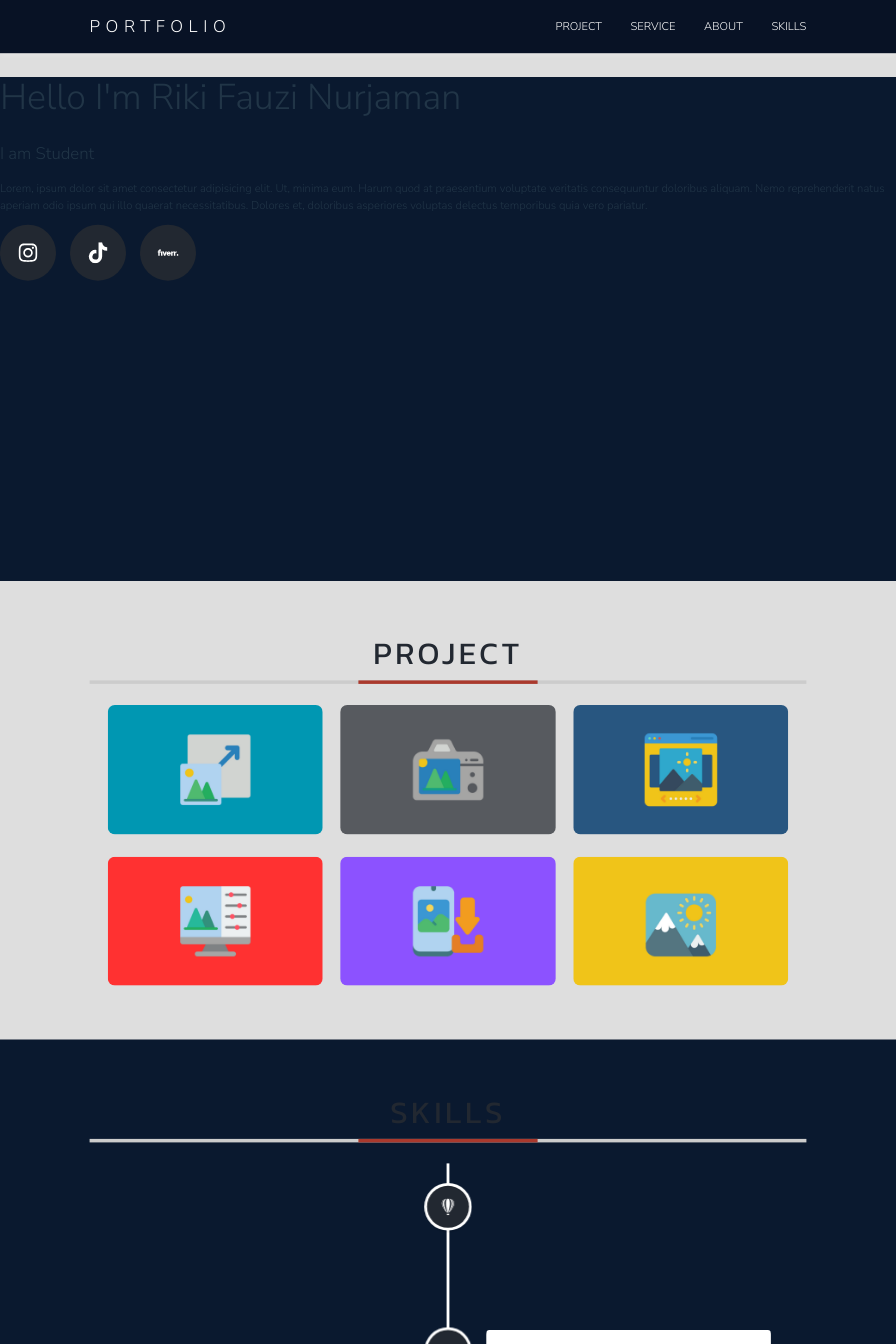
Repository: sellayspy/Portofolio
Page: /
An editor plug-in stored every save of this project. The page is shown before and after the next save, followed by the edit.
The browser window is 1280 px wide. The pictures show the part of the page from y = 0 to 1920 px (the page is 3882 px tall before and 3848 px after), at 70% of full size.
The project was rebuilt for these pictures with package versions that can differ from the ones it lists, and the page was loaded fresh each time. Also part of the build but not shown: vite.config.js, src/styles/DetailPortfolio.css, src/components/ScrollToTop.jsx, src/pages/DetailPortfolio.jsx, src/pages/PagesNotFound.jsx.

Above is the page before, as saved 2024-09-15 15:41:14.

### index.html
<!DOCTYPE html>
<html lang="en">
  <head>
    <meta charset="UTF-8" />
    <link rel="icon" type="image/svg+xml" href="/vite.svg" />
    <meta name="viewport" content="width=device-width, initial-scale=1.0" />
    <title>Portofolio RikiFN</title>
  </head>
  <body>
    <div id="root"></div>
    <script type="module" src="/src/main.jsx"></script>
  </body>
</html>

### src/App.jsx
import "./App.css";
import Home from "./pages/Home";
import DetailPortfolio from "./pages/DetailPortfolio";

import { BrowserRouter, Routes, Route } from "react-router-dom";
import PagesNotFound from "./pages/PagesNotFound";

const App = () => {
  return (
    <BrowserRouter>
      <Routes>
        <Route path="/" element={<Home />} />
        <Route path="/portfolio/:id" element={<DetailPortfolio />} />
        <Route path="/pages-not-found" element={<PagesNotFound />} />
        <Route path="*" element={<PagesNotFound />} />
      </Routes>
    </BrowserRouter>
  );
};

export default App;

### src/App.css
/* Global */
@import url("https://fonts.googleapis.com/css2?family=Nunito+Sans:opsz,wght@6..12,300&display=swap");
@import url("https://fonts.googleapis.com/css2?family=Kanit&display=swap");

html,
body {
  margin: 0px;
  padding: 0px;
  font-size: 16px;
  font-family: "Nunito Sans", sans-serif;
  scroll-behavior: smooth;
  background-color: #dedede;
}
.wrapper {
  width: 1024px;
  margin: auto;
  padding: 20px 0px 20px 0px;
}

section {
  padding: 50px 0px 50px 0px;
}

.wrapper > h3,
.wrapper > h1 {
  text-align: center;
  font-size: 2.8rem;
  margin: 0px 0px 30px 0px;
  padding: 0px;
  font-family: "Kanit", sans-serif;
  color: #222831;
  letter-spacing: 5px;
  text-transform: uppercase;
  border-bottom: 5px solid #cccccc;
}
.wrapper > h3::after,
.wrapper > h1::after {
  content: "";
  display: block;
  border-bottom: 5px solid #aa392d;
  width: 25%;
  position: relative;
  bottom: -5px; /* your padding + border-width */
  margin: auto;
}

@media only screen and (max-width: 1000px) {
  .wrapper {
    width: 80%;
  }
}

### src/pages/Home.jsx
import About from "../components/About";
import Experience from "../components/Experience";
import Footer from "../components/Footer";
import Header from "../components/Header";
import Navbar from "../components/Navbar";
import Portfolio from "../components/Portfolio";

function Home() {
  return (
    <>
      <Navbar />
      <Header />
      <Portfolio />
      <Experience />
      <About />
      <Footer />
    </>
  );
}

export default Home;

### src/components/About.jsx
import { FaHtml5 } from "react-icons/fa";
import { IoLogoJavascript } from "react-icons/io";
import { FaCss3 } from "react-icons/fa";
import { FaLaravel } from "react-icons/fa";
import { FaReact } from "react-icons/fa";
import { RiTailwindCssFill } from "react-icons/ri";
import { SiCoreldraw } from "react-icons/si";
import { SiAdobephotoshop } from "react-icons/si";
import "../styles/About.css";

const About = () => {
  return (
    <section id="about">
      <div className="wrapper">
        <h3>About</h3>
        <p>
          Lorem ipsum dolor sit amet consectetur adipisicing elit. Totam magni,
          dolorum, explicabo obcaecati ut impedit officiis quae non natus
          praesentium ex, excepturi asperiores laboriosam distinctio vitae
          cupiditate nulla debitis consectetur?
        </p>
        <p>
          Lorem ipsum dolor sit amet consectetur, adipisicing elit. Corporis,
          similique.
        </p>
        <p>Lorem ipsum dolor sit amet.</p>
        <h4>Programing Language & Tools</h4>
        <div className="skills">
          <FaHtml5 />
          <FaCss3 />
          <IoLogoJavascript />
          <RiTailwindCssFill />
          <FaLaravel />
          <FaReact />
          <SiCoreldraw />
          <SiAdobephotoshop />
        </div>
      </div>
    </section>
  );
};

export default About;

### src/components/Experience.jsx
import {
  VerticalTimeline,
  VerticalTimelineElement,
} from "react-vertical-timeline-component";
import "react-vertical-timeline-component/style.min.css";
import { SiNestjs } from "react-icons/si";
import { FaLaravel } from "react-icons/fa";
import { RiReactjsLine } from "react-icons/ri";
import { RiNextjsFill } from "react-icons/ri";
import { FaJava } from "react-icons/fa";
import { SiCoreldraw } from "react-icons/si";
import { DiPhotoshop } from "react-icons/di";
import "../styles/Experience.css";
const Experience = () => {
  return (
    <section id="experience">
      <div className="wrapper">
        <h3>Skills</h3>

        <VerticalTimeline>
          <VerticalTimelineElement
            className="vertical-timeline-element--work"
            iconStyle={{ background: "#222831", color: "#fff" }}
            icon={<SiCoreldraw />}
          >
            <h3 className="vertical-timeline-element-title">Design Grafis</h3>
            <h4 className="vertical-timeline-element-subtitle">
              2018 - Present
            </h4>
            <p>User Experience, Visual Design</p>
          </VerticalTimelineElement>
          <VerticalTimelineElement
            className="vertical-timeline-element--work"
            iconStyle={{ background: "#222831", color: "#fff" }}
            icon={<DiPhotoshop />}
          >
            <h3 className="vertical-timeline-element-title">Design Grafis</h3>
            <h4 className="vertical-timeline-element-subtitle">
              2018 - Present
            </h4>
            <p>User Experience, Visual Design</p>
          </VerticalTimelineElement>
          <VerticalTimelineElement
            className="vertical-timeline-element--work"
            iconStyle={{ background: "#222831", color: "#fff" }}
            icon={<RiReactjsLine />}
          >
            <h3 className="vertical-timeline-element-title">Web Development</h3>
            <h4 className="vertical-timeline-element-subtitle">
              2018 - Present
            </h4>
            <p>User Experience, Visual Design</p>
          </VerticalTimelineElement>
          <VerticalTimelineElement
            className="vertical-timeline-element--work"
            date="2024 - present"
            iconStyle={{ background: "#222831", color: "#fff" }}
            icon={<RiNextjsFill />}
          >
            <h3 className="vertical-timeline-element-title">Web Designer</h3>
            <h4 className="vertical-timeline-element-subtitle">
              Los Angeles, CA
            </h4>
            <p>User Experience, Visual Design</p>
          </VerticalTimelineElement>
          <VerticalTimelineElement
            className="vertical-timeline-element--work"
            date="2024 - present"
            iconStyle={{ background: "#222831", color: "#fff" }}
            icon={<FaJava />}
          >
            <h3 className="vertical-timeline-element-title">Web Designer</h3>
            <h4 className="vertical-timeline-element-subtitle">
              Los Angeles, CA
            </h4>
            <p>User Experience, Visual Design</p>
          </VerticalTimelineElement>
          <VerticalTimelineElement
            className="vertical-timeline-element--work"
            date="2024 - present"
            iconStyle={{ background: "#222831", color: "#fff" }}
            icon={<SiCoreldraw />}
          >
            <h3 className="vertical-timeline-element-title">Web Designer</h3>
            <h4 className="vertical-timeline-element-subtitle">
              Los Angeles, CA
            </h4>
            <p>User Experience, Visual Design</p>
          </VerticalTimelineElement>
          <VerticalTimelineElement
            className="vertical-timeline-element--work"
            date="2024 - present"
            iconStyle={{ background: "#222831", color: "#fff" }}
            icon={<DiPhotoshop />}
          >
            <h3 className="vertical-timeline-element-title">Web Designer</h3>
            <h4 className="vertical-timeline-element-subtitle">
              Los Angeles, CA
            </h4>
            <p>User Experience, Visual Design</p>
          </VerticalTimelineElement>
        </VerticalTimeline>
      </div>
    </section>
  );
};

export default Experience;

### src/components/Footer.jsx
import "../styles/Footer.css";

const Footer = () => {
  return <footer>&copy; 2024. Riki Fauzia Nurjaman</footer>;
};

export default Footer;

### src/components/Header.jsx
import profilePicture from "../assets/test.png";
import { FaInstagram } from "react-icons/fa";
import { FaTiktok } from "react-icons/fa";
import { SiFiverr } from "react-icons/si";
import "../styles/Header.css";
const Header = () => {
  return (
    <header>
      <div className="header-jumbotron">
        <h1>
          Hello I'm <span>Riki Fauzi Nurjaman</span>
        </h1>
        <h2>
          I am <span className="type-animation">Student</span>
        </h2>
        <p>
          Lorem, ipsum dolor sit amet consectetur adipisicing elit. Ut, minima
          eum. Harum quod at praesentium voluptate veritatis consequuntur
          doloribus aliquam. Nemo reprehenderit natus aperiam odio ipsum qui
          illo quaerat necessitatibus. Dolores et, doloribus asperiores voluptas
          delectus temporibus quia vero pariatur.
        </p>
        <div className="socialMedia">
          <a href="https://www.instagram.com/rikifauzianurjaman/">
            <FaInstagram />
          </a>
          <a href="https://www.tiktok.com/@officialspylike">
            <FaTiktok />
          </a>
          <a href="https://www.fiverr.com/rikifauzianurja">
            <SiFiverr />
          </a>
        </div>
      </div>
    </header>
  );
};

export default Header;

### src/components/Navbar.jsx
import { FaBars } from "react-icons/fa6";
import { IoClose } from "react-icons/io5";
import "../styles/Navbar.css";
import { useState } from "react";
import { HashLink } from "react-router-hash-link";
import { Link } from "react-router-dom";

const Navbar = () => {
  const [statusTampil, setStatusTampil] = useState("");

  const tampilMenu = () => {
    if (statusTampil == "") {
      setStatusTampil("tampil");
    } else {
      setStatusTampil("");
    }
  };
  return (
    <nav>
      <div className="wrapper">
        <div className="logo">
          <Link to="/">Portfolio</Link>
        </div>
        <button onClick={tampilMenu}>
          {statusTampil == "" ? <FaBars /> : <IoClose />}
        </button>
        <div className={`menu ${statusTampil}`} onClick={tampilMenu}>
          <ul>
            <li>
              <HashLink to="/#portfolio">Project</HashLink>
            </li>
            <li>
              <HashLink to="/#contact">Service</HashLink>
            </li>
            <li>
              <HashLink to="/#about">About</HashLink>
            </li>
            <li>
              <HashLink to="/#experience">Skills</HashLink>
            </li>
          </ul>
        </div>
      </div>
    </nav>
  );
};

export default Navbar;

### src/components/Portfolio.jsx
import { portfolioList } from "../data/DataPortfolio";

import { Link } from "react-router-dom";

import "../styles/Portfolio.css";

const Portfolio = () => {
  return (
    <section id="portfolio">
      <div className="wrapper">
        <h3>Project</h3>
        <div className="grid">
          {portfolioList.map((item) => {
            return (
              <div className="item" key={item.id}>
                <Link to={`/portfolio/${item.id}`}>
                  <img src={item.image} />
                </Link>
              </div>
            );
          })}
        </div>
      </div>
    </section>
  );
};

export default Portfolio;

### src/data/DataPortfolio.jsx
import portfolio1 from "../assets/portfolio1.png";
import portfolio2 from "../assets/portfolio2.png";
import portfolio3 from "../assets/portfolio3.png";
import portfolio4 from "../assets/portfolio4.png";
import portfolio5 from "../assets/portfolio5.png";
import portfolio6 from "../assets/portfolio6.png";

export const portfolioList = [
  {
    id: "1",
    title: "Website Portofolio",
    image: portfolio1,
    skill: "html, css, javascript",
  },
  {
    id: "2",
    title: "Website Portofolio2",
    image: portfolio2,
    skill: "laravel, react, api, typescript, tailwind",
  },
  {
    id: "3",
    title: "Website Portofolio3",
    image: portfolio3,
    skill: "react, javascript, css, html",
  },
  {
    id: "4",
    title: "Website Portofolio4",
    image: portfolio4,
    skill: "reactjs, typescript, tailwind, nodejs",
  },
  {
    id: "5",
    title: "Desain Grafis Portofolio",
    image: portfolio5,
    skill: "adobephotoshop, coreldraw",
  },
  {
    id: "6",
    title: "Desain Grafis Portofolio2",
    image: portfolio6,
    skill: "adobephotoshop, coreldraw",
  },
];

### src/styles/About.css
#about {
  background-color: #eaedef;
  position: relative;
  font-size: 1.2rem;
}
#about > .wrapper {
  margin: auto;
  width: 50%;
}
#about > .wrapper > h3 {
  text-align: center;
  font-size: 2.8rem;
  margin: 0px 0px 30px 0px;
  padding: 0px;
  font-family: "Kanit", sans-serif;
  color: #333;
  letter-spacing: 5px;
  text-transform: uppercase;
}
#about > .wrapper > p {
  text-align: center;
}

#about > .wrapper > h4 {
  text-align: center;
  font-size: 1.4rem;
  margin: 0px 0px 20px 0px;
  padding: 0px;
  font-family: "Kanit", sans-serif;
  letter-spacing: 5px;
  color: #333;
}
.skills {
  text-align: center;
}
.skills > svg {
  display: inline-block;
  color: #74797e;
  width: 50px;
  height: auto;
  margin: 10px;
  cursor: pointer;
}

.skills > svg:hover {
  color: #aa392d;
}

@media only screen and (max-width: 1000px) {
  #about > .wrapper {
    width: 80%;
  }
}

### src/styles/Experience.css
#experience {
  background-color: #0a192f;
  position: relative;
}

### src/styles/Footer.css
footer {
  background-color: #39404a;
  text-align: center;
  line-height: 100px;
  color: #fff;
  letter-spacing: 5px;
}

### src/styles/Header.css
:root {
  --bg-color: #081b29;
  --second-bg-color: #112e43;
  --text-color: #ededed;
  --main-color: #00abf0;
}

header {
  background-color: #0a192f;
  height: 100vh;
  background-position: center center;
}

.header-jumbotron {
}
.header-jumbotron > img {
  width: 280px;
  border: 5px solid skyblue;
  border-radius: 100%;
  box-shadow: 0px 0px 20px rgba(255, 255, 255, 0.5);
}

.header-jumbotron > .header-text > .animated-tex {
  color: #fff;
  margin: 20px 0px 0px 0px;
  padding: 0px;
  font-size: 2.5rem;
}

.animated-tex span {
  position: relative;
}

.animated-tex span::before {
  content: "Student";
  background: linear-gradient(270deg, #df8908 10%, #b415ff 100%);
  background-clip: text;
  -webkit-background-clip: text;
  -webkit-text-fill-color: transparent;
  animation: words 20s infinite;
}

.animated-tex span::after {
  content: "";
  position: absolute;
  width: calc(100% + 8px);
  height: 100%;
  background-color: #0a192f;
  border-left: 2px solid #e03fd8;
  right: -2px;
  animation: cursor 0.8s infinite, typing 20s steps(14) infinite;
}
@keyframes cursor {
  to {
    border-left: 2px solid #fff;
  }
}
@keyframes words {
  0%,
  34% {
    content: "Programmer";
  }
  25%,
  68% {
    content: "Designer";
  }
  69%,
  100% {
    content: "Gamer";
  }
}
@keyframes typing {
  10%,
  15%,
  30%,
  35%,
  50%,
  55%,
  70%,
  75%,
  90%,
  95% {
    width: 0;
  }
  5%,
  20%,
  25%,
  40%,
  45%,
  60%,
  65%,
  80%,
  85% {
    width: calc(100% + 8px);
  }
}

.header-jumbotron > .header-text > h3 {
  position: relative;
  color: #0e3742; /* Warna awal sebelum animasi */
  margin: 10px 0px 0px 0px;
  padding: 0px;
  font-size: 3.5rem;
  text-transform: uppercase;
  line-height: 0.7em;
  outline: none;
  animation: animate 5s linear forwards; /* Menggunakan forwards agar berhenti di akhir */
}

@keyframes animate {
  0% {
    color: #0e3742; /* Warna teks awal */
    text-shadow: none; /* Tidak ada bayangan teks di awal */
  }
  100% {
    color: #fff; /* Warna teks saat menyala */
    text-shadow: 0 0 10px #03bcf4, 0 0 20px #03bcf4, 0 0 40px #03bcf4,
      0 0 80px #03bcf4, 0 0 160px #03bcf4; /* Efek cahaya di akhir animasi */
  }
}

.header-jumbotron > .header-text > p {
  padding: 15px;
  margin: 0px 5px 20px 5px;
  color: #fff;
  font-size: 1.2rem;
}
.socialMedia {
  color: #fff;
  display: flex;
  gap: 20px;
}

.socialMedia > a {
  background-color: #222831;
  color: #fff;
  width: 80px;
  height: 80px;
  border-radius: 50%;
  display: flex;
  justify-content: center;
  align-items: center;
  transition: transform 0.3s ease-in-out;
}
.socialMedia > a > svg {
  height: 30px;
  width: auto;
}
.socialMedia > a:hover {
  background-color: #aa392d;
  box-shadow: 0px 0px 10px rgba(255, 255, 255, 0.5);
  transform: scale(1.2);
}

@media only screen and (max-width: 1000px) {
  .socialMedia > a {
    width: 60px;
    height: 60px;
  }

  .socialMedia > a > svg {
    height: 30px;
    width: auto;
  }
}

### src/styles/Navbar.css
nav {
  background-color: #081225;
  color: #fff;
  position: sticky;
  top: 0;
  z-index: 100;
  text-transform: uppercase;
  box-shadow: 0px 0px 10px rgba(255, 255, 255, 0.5);
}
nav > .wrapper {
  display: flex;
  justify-content: space-between;
  align-items: center;
}

.menu {
  width: 35%;
}

.logo {
  display: flex;
  align-items: center;
}
.logo > a {
  color: #fff;
  text-decoration: none;
  font-size: 1.5rem;
  font-weight: 900;
  letter-spacing: 8px;
}
.menu > ul {
  display: flex;
  list-style-type: none;
  margin: 0px;
  padding: 0px;
  justify-content: space-between;
  font-weight: bold;
}

.menu > ul > li > a {
  position: relative;
  text-decoration: none;
  color: #fff;
}

.menu > ul > li > a::before {
  content: "";
  position: absolute;
  top: 100%;
  left: 0;
  width: 0;
  height: 2px;
  background: yellow;
  transition: 0.3s;
}

.menu > ul > li > a:hover::before {
  width: 100%;
}

nav > .wrapper > button {
  cursor: pointer;
  display: none;
  position: absolute;
  right: 10px;
  top: 10px;
  border: 0px;
  background-color: transparent;
  padding: 0px;
}
nav > .wrapper > button > svg {
  color: #fff;
  font-size: 50px;
}
@media only screen and (max-width: 1000px) {
  .menu > ul {
    display: none;
  }
  .menu.tampil > ul {
    display: inline;
  }
  .menu {
    text-align: right;
  }
  nav > .wrapper > button {
    display: inline;
  }
  .menu > ul {
    flex-direction: column;
    background-color: #060d1c;
    width: 100%;
    position: fixed;
    top: 70px;
    left: 0;
  }
  .menu > ul > li {
    text-align: left;
    cursor: pointer;
  }
  .menu > ul > li > a {
    display: inline-block;
    padding: 15px 20px 15px 50px;
    width: 100%;
  }
  .menu > ul > li > a:hover {
    background-color: #000;
  }
}

### src/styles/Portfolio.css
.grid {
  display: grid;
  grid-template-columns: 30% 30% 30%;
  grid-gap: 25px;
  justify-content: center;
}

.grid > .item > a > img {
  width: 100%;
  border-radius: 10px;
}

@media only screen and (max-width: 1000px) {
  .grid {
    grid-template-columns: 45% 45%;
  }
}

Loaded but not shown: src/main.jsx (common file); src/index.css (common file)

After the next save:
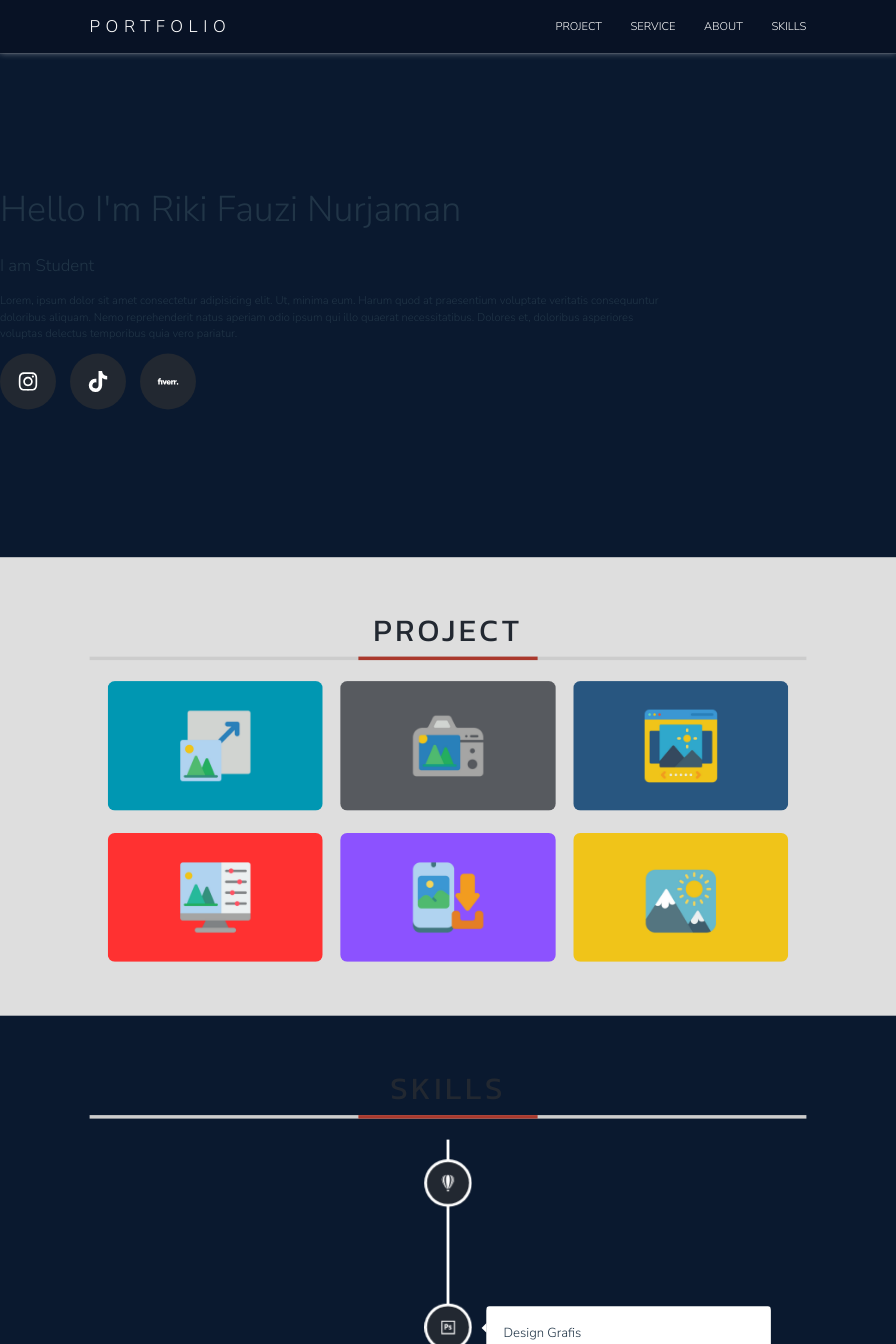
Saved 26 s later.
--- a/src/styles/Header.css
+++ b/src/styles/Header.css
@@ -12,6 +12,8 @@ header {
 }
 
 .header-jumbotron {
+  width: 60rem;
+  padding: 10rem 0;
 }
 .header-jumbotron > img {
   width: 280px;
